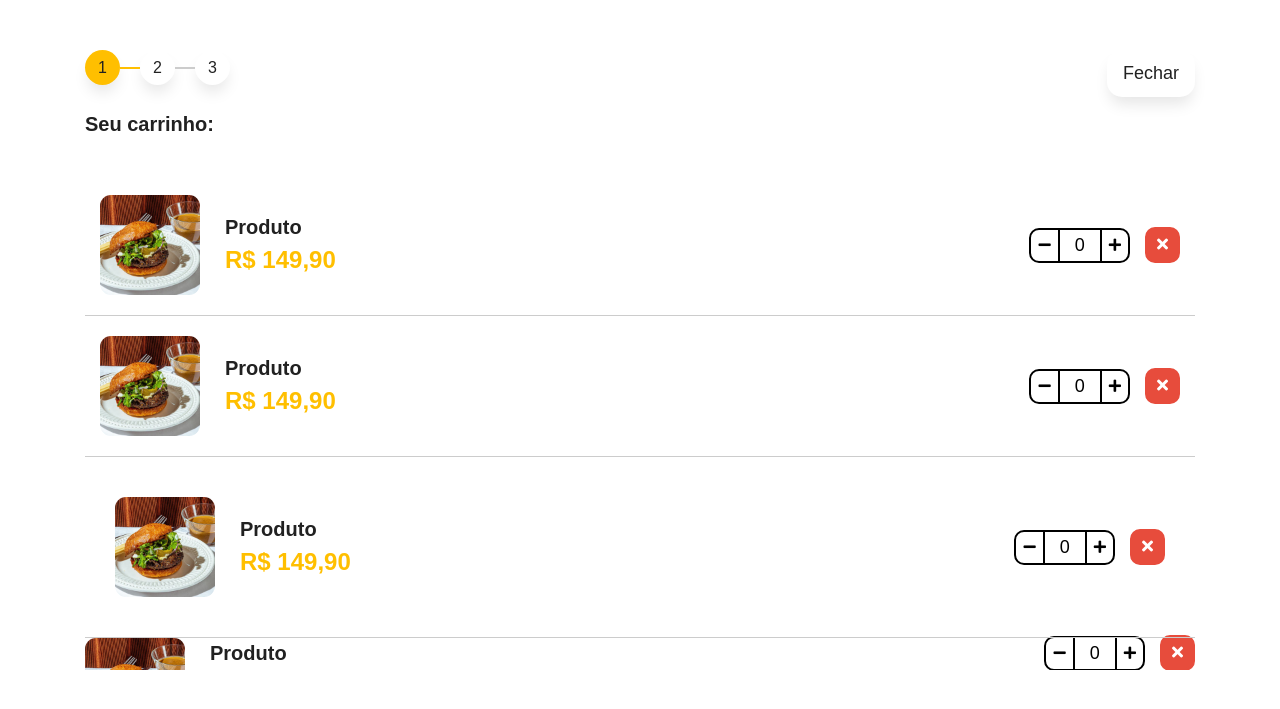
Repository: darkness318/restaraunt
Page: index.html
The author's editor kept a copy of each file at every save. The page is drawn from the files as they stood at one save, then again after the next save.
The browser window is 1280 px wide. The pictures show the window.
A layer covers the whole window, so only the first screen is drawn. An inner scrolling area shows only its first screen.

Above is the page before, as saved 2024-10-01 10:36:24.

### index.html
<!DOCTYPE html>
<html lang="pt-br">
  <head>
    <meta charset="UTF-8" />
    <meta name="viewport" content="width=device-width, initial-scale=1.0" />
    <title>Restaurente - Seja bem vindo!</title>
    <link rel="stylesheet" href="./css/bootstrap.min.css" />
    <link rel="stylesheet" href="./css/fontawesome.css" />
    <link rel="stylesheet" href="./css/main.css" />
  </head>

  <body>
    <section class="header">
      <div class="container">
        <nav class="navbar navbar-expand-lg pl-0 pr-0">
          <a class="navbar-brand" href="#">
            <img src="./img/logo.png" width="160" class="img-logo" />
          </a>
          <button
            class="navbar-toggler"
            type="button"
            data-toggle="collapse"
            data-target="#navbarNavDropdown"
          >
            <span class="navbar-toggler-icon">
              <i class="fas fa-bars"></i>
            </span>
          </button>
          <div class="collapse navbar-collapse" id="navbarNavDropdown">
            <ul class="navbar-nav ml-auto mr-auto">
              <li class="nav-item">
                <a href="#reservas" class="nav-link"><b>Reservas</b></a>
              </li>
              <li class="nav-item">
                <a href="#servicos" class="nav-link"><b>Serviços</b></a>
              </li>
              <li class="nav-item">
                <a href="#cardapio" class="nav-link"><b>Cardápio</b></a>
              </li>
              <li class="nav-item">
                <a href="#depoimentos" class="nav-link"><b>Depoimentos</b></a>
              </li>
            </ul>
            <a class="btn btn-white btn-icon">
              Meu carrinho
              <span class="icon">
                <i class="fa fa-shopping-bag"></i>
              </span>
            </a>
          </div>
        </nav>
      </div>
    </section>

    <section class="banner">
      <div class="container">
        <div class="row">
          <div class="col-6">
            <div class="d-flex text-banner">
              <h1>
                <b>Escolha sua comida <b class="color-primary">favorita.</b></b>
              </h1>
              <p>
                Aproveite nosso cardápio! Escolha o que desejar e receba em sua
                casa de forma rápida e segura.
              </p>
              <div>
                <a class="btn btn-yellow mt-4 mr-3"> Ver Cardápio </a>
                <a href="#" class="btn btn-white btn-icon-left mt-4">
                  <span class="icon-left">
                    <i class="fa fa-phone"></i>
                  </span>
                  (66) 9 9999-8888
                </a>
              </div>
            </div>
            <a class="btn btn-sm btn-white btn-social mt-4 mr-3">
              <i class="fab fa-instagram"></i>
            </a>
            <a class="btn btn-sm btn-white btn-social mt-4 mr-3">
              <i class="fab fa-facebook-f"></i>
            </a>
            <a class="btn btn-sm btn-white btn-social mt-4">
              <i class="fab fa-whatsapp"></i>
            </a>
          </div>
          <div class="col-6">
            <div class="card-banner"></div>
            <div class="d-flex img-banner">
              <img src="./img/burguer.png" />
            </div>
            <div class="card card-case">
              "Entrega rápida e funcionários simpáticos.
              <br />A comida chegou quente e <br />
              muito saborosa!"
              <span class="card-case-name">
                <b>Thiago Lopes</b>
              </span>
            </div>
          </div>
        </div>
      </div>
    </section>
    <section class="servicos" id="servicos">
      <div class="background-servicos"></div>

      <div class="container">
        <div class="class row">
          <div class="col-12 text-center mb-5">
            <span class="hint-title"><b>Serviços</b></span>
            <h1 class="title">
              <b>Como são nossos serviços?</b>
            </h1>
          </div>

          <div class="col-4 mb-5">
            <div class="card-icon text-center">
              <img src="./img/icone-pedido.svg" width="150 " />
            </div>

            <div class="card-text text-center mt-3">
              <p><b>Fácil de pedir</b></p>
              <span>
                Você só precisa de alguns passos para pedir sua comida.
              </span>
            </div>
          </div>

          <div class="col-4 mb-5">
            <div class="card-icon text-center">
              <img src="./img/icone-delivery.svg" width="250 " />
            </div>

            <div class="card-text text-center mt-3">
              <p><b>Entrega Rápida</b></p>
              <span> Nossa entrega é sempre pontual, rápida e segura. </span>
            </div>
          </div>

          <div class="col-4 mb-5">
            <div class="card-icon text-center">
              <img src="./img/icone-qualidade.svg" width="250 " />
            </div>

            <div class="card-text text-center mt-3">
              <p><b>Melhor qualidade</b></p>
              <span>
                Não só a rapidez na entrega, a qualidade também é o nosso forte.
              </span>
            </div>
          </div>
        </div>
      </div>
    </section>
    <section class="cardapio" id="cardapio">
      <div class="background-cardapio"></div>

      <div class="container">
        <div class="row">
          <div class="col-12 text-center mb-5">
            <span class="hint-title"><b>Cardápio</b></span>
            <h1 class="title">
              <b>Conheça o nosso Cardápio</b>
            </h1>
          </div>

          <div class="col-12 container-menu">
            <a class="btn btn-white btn-sm mr-3">
              <i class="fas fa-hamburger"></i>&nbsp;Burgers
            </a>
            <a class="btn btn-white btn-sm mr-3">
              <i class="fas fa-pizza-slice"></i>&nbsp;Pizzas
            </a>
            <a class="btn btn-white btn-sm mr-3">
              <i class="fas fa-drumstick-bite"></i>&nbsp;Churrasco
            </a>
            <a class="btn btn-white btn-sm mr-3">
              <i class="fas fa-bacon"></i>&nbsp;Steaks
            </a>
            <a class="btn btn-white btn-sm mr-3">
              <i class="fas fa-cocktail"></i>&nbsp;Bebidas
            </a>
            <a class="btn btn-white btn-sm mr-3">
              <i class="fas fa-ice-cream"></i>&nbsp;Sobremesas
            </a>
          </div>

          <div class="col-12">
            <div class="row" id="itensCardapio">
              <div class="col-3 mb-5">
                <div class="card card-item">
                  <div class="img-produto">
                    <img
                      src="./img/cardapio/burguers/burger-au-poivre-kit-4-pack.3ca0e39b02db753304cd185638dad518.jpg"
                    />
                  </div>
                  <p class="title-produto text-center mt-4">
                    <b>Nome do produto muito grande</b>
                  </p>
                  <p class="price-produto text-center">
                    <b>R$ 154,90</b>
                  </p>

                  <div class="add-carrinho">
                    <span class="btn-menos"><i class="fas fa-minus"></i></span>
                    <span class="btn-numero-itens">0</span>
                    <span class="btn-mais"><i class="fas fa-plus"></i></span>
                    <span class="btn btn-add"
                      ><i class="fa fa-shopping-bag"></i
                    ></span>
                  </div>
                </div>
              </div>

              <div class="col-3 mb-5">
                <div class="card card-item">
                  <div class="img-produto">
                    <img
                      src="./img/cardapio/burguers/burger-au-poivre-kit-4-pack.3ca0e39b02db753304cd185638dad518.jpg"
                    />
                  </div>
                  <p class="title-produto text-center mt-4">
                    <b>Nome do produto muito grande</b>
                  </p>
                  <p class="price-produto text-center">
                    <b>R$ 154,90</b>
                  </p>

                  <div class="add-carrinho">
                    <span class="btn-menos"><i class="fas fa-minus"></i></span>
                    <span class="btn-numero-itens">0</span>
                    <span class="btn-mais"><i class="fas fa-plus"></i></span>
                    <span class="btn btn-add"
                      ><i class="fa fa-shopping-bag"></i
                    ></span>
                  </div>
                </div>
              </div>

              <div class="col-3 mb-5">
                <div class="card card-item">
                  <div class="img-produto">
                    <img
                      src="./img/cardapio/burguers/burger-au-poivre-kit-4-pack.3ca0e39b02db753304cd185638dad518.jpg"
                    />
                  </div>
                  <p class="title-produto text-center mt-4">
                    <b>Nome do produto muito grande</b>
                  </p>
                  <p class="price-produto text-center">
                    <b>R$ 154,90</b>
                  </p>

                  <div class="add-carrinho">
                    <span class="btn-menos"><i class="fas fa-minus"></i></span>
                    <span class="btn-numero-itens">0</span>
                    <span class="btn-mais"><i class="fas fa-plus"></i></span>
                    <span class="btn btn-add"
                      ><i class="fa fa-shopping-bag"></i
                    ></span>
                  </div>
                </div>
              </div>

              <div class="col-3 mb-5">
                <div class="card card-item">
                  <div class="img-produto">
                    <img
                      src="./img/cardapio/burguers/burger-au-poivre-kit-4-pack.3ca0e39b02db753304cd185638dad518.jpg"
                    />
                  </div>
                  <p class="title-produto text-center mt-4">
                    <b>Nome do produto muito grande</b>
                  </p>
                  <p class="price-produto text-center">
                    <b>R$ 154,90</b>
                  </p>

                  <div class="add-carrinho">
                    <span class="btn-menos"><i class="fas fa-minus"></i></span>
                    <span class="btn-numero-itens">0</span>
                    <span class="btn-mais"><i class="fas fa-plus"></i></span>
                    <span class="btn btn-add"
                      ><i class="fa fa-shopping-bag"></i
                    ></span>
                  </div>
                </div>
              </div>
            </div>
          </div>
          <div class="col-12 text-center">
            <a class="btn btn-white btn-sm">Ver mais</a>
          </div>
        </div>
      </div>
    </section>
    <section class="depoimentos" id="depoimentos">
      <div class="background-depoimentos"></div>
      <div class="container">
        <div class="row">
          <div class="col-5 text-center">
            <div class="card-depoimentos"></div>
            <div class="d-flex img-banner">
              <img src="./img/pizzas.png" />
            </div>
          </div>

          <div class="col-7">
            <span class="hint-title"><b>Depoimentos</b></span>
            <h1 class="title">
              <b>O que dizem sobre nós</b>
            </h1>
            <div class="mb-5">
              <div class="depoimento" id="depoimento-1">
                <div class="container-dados-depoimento">
                  <div class="imagem-depoimento"></div>
                  <div>
                    <p class="nome-depoimento"><b>Diego Pereira</b></p>
                    <p class="nota-depoimento">
                      <i class="fas fa-star"></i>
                      <i class="fas fa-star"></i>
                      <i class="fas fa-star"></i>
                      <i class="fas fa-star"></i>
                      <i class="fas fa-star-half-alt"></i>&nbsp;
                      <span>4.5</span>
                    </p>
                  </div>
                </div>
                <p class="texto-depoimento">
                  <i class="fas fa-quote-left"></i>
                  <span>
                    Muito bom, recomendo demais! Comida muito bem feita pelo
                    chefe, atendimento dentro dos parâmetros e boa comunicação
                    com o cliente.
                  </span>
                  <i class="fas fa-quote-right"></i>
                </p>
              </div>

              <div class="depoimento hidden" id="depoimento-2">
                <div class="container-dados-depoimento">
                  <div class="imagem-depoimento"></div>
                  <div>
                    <p class="nome-depoimento"><b>Ana Beatriz</b></p>
                    <p class="nota-depoimento">
                      <i class="fas fa-star"></i>
                      <i class="fas fa-star"></i>
                      <i class="fas fa-star"></i>
                      <i class="fas fa-star"></i>
                      <i class="fas fa-star"></i>&nbsp; <span>5.0</span>
                    </p>
                  </div>
                </div>
                <p class="texto-depoimento">
                  <i class="fas fa-quote-left"></i>
                  <span>
                    Um jantar perfeito do começo ao fim. Comida, experiência,
                    serviço... foi tão maravilhoso que fomos dois dias seguidos
                    - fato inédito para mim em uma viagem.
                  </span>
                  <i class="fas fa-quote-right"></i>
                </p>
              </div>

              <div class="depoimento hidden" id="depoimento-3">
                <div class="container-dados-depoimento">
                  <div class="imagem-depoimento"></div>
                  <div>
                    <p class="nome-depoimento"><b>João Guilherme</b></p>
                    <p class="nota-depoimento">
                      <i class="fas fa-star"></i>
                      <i class="fas fa-star"></i>
                      <i class="fas fa-star"></i>
                      <i class="fas fa-star"></i>
                      <i class="far fa-star"></i>&nbsp; <span>4.0</span>
                    </p>
                  </div>
                </div>
                <p class="texto-depoimento">
                  <i class="fas fa-quote-left"></i>
                  <span>
                    A comida estava excelente e o serviço gentil nos
                    surpreendeu! Dica: reserve umas 3 horas para ter uma
                    experiência incrível.
                  </span>
                  <i class="fas fa-quote-right"></i>
                </p>
              </div>
            </div>

            <a class="btn btn-sm btn-white btn-social mr-3 active">1</a>
            <a class="btn btn-sm btn-white btn-social mr-3">2</a>
            <a class="btn btn-sm btn-white btn-social">3</a>
          </div>
        </div>
      </div>
    </section>
    <section class="reserva" id="reserva">
      <div class="container">
        <div class="row">
          <div class="col-12">
            <div class="card-secondary">
              <div class="row">
                <div class="col-7">
                  <span class="hint-title"><b>Reserva</b></span>
                  <h1 class="title">
                    <b>Quer reservar um horário?</b>
                  </h1>
                  <p class="pr-5">
                    Mande uma mensagem clicando no botão abaixo
                    <br />
                    Reserve sua data e horário de forma simples e rápida.
                  </p>
                  <a class="btn btn-yellow mt-4"> Fazer reserva </a>
                </div>

                <div class="col-5">
                  <div class="card-reserva"></div>
                  <div class="d-flex img-banner">
                    <img src="./img/icone-reserva.svg" />
                  </div>
                </div>
              </div>
            </div>
          </div>
        </div>
      </div>
    </section>

    <section class="footer">
      <div class="container">
        <div class="row">
          <div class="col-3 container-logo-footer">
            <img class="logo-footer" src="./img/logo.png" />
          </div>

          <div class="col-6 container-texto-footer">
            <p class="mb-0">
              <b>Menu On-line</b> &copy; Todos os direitos reservados
            </p>
          </div>

          <div class="col-3 container-redes-footer">
            <a class="btn btn-sm btn-white btn-social mr-3">
              <i class="fab fa-instagram"></i>
            </a>
            <a class="btn btn-sm btn-white btn-social mr-3">
              <i class="fab fa-facebook-f"></i>
            </a>
            <a class="btn btn-sm btn-white btn-social">
              <i class="fab fa-whatsapp"></i>
            </a>
          </div>
        </div>
      </div>
    </section>

    <div class="modal-full" id="modalCarrinho">
      <div class="m-header">
        <div class="container">
          <a class="btn btn-white btn-sm float-right"> Fechar </a>

          <div class="etapas">
            <div class="etapa etapa1 active">1</div>
            <div class="etapa etapa2">2</div>
            <div class="etapa etapa3">3</div>
          </div>
          <p class="title-carrinho mt-4">
            <b id="lblTituloEtapa">Seu carrinho:</b>
          </p>
        </div>
      </div>

      <div class="m-body">
        <div class="container">
          <div id="itensCarrinho" class="row mr-0 ml-0">
            <div class="col-12 item-carrinho">
              <div class="img-produto">
                <img
                  src="./img/cardapio/burguers/burger-au-poivre-kit-4-pack.3ca0e39b02db753304cd185638dad518.jpg"
                />
              </div>
              <div class="dados-produto">
                <p class="title-produto"><b>Produto</b></p>
                <p class="price-produto"><b>R$ 149,90</b></p>
              </div>
              <div class="add-carrinho">
                <span class="btn-menos"><i class="fas fa-minus"></i></span>
                <span class="btn-numero-itens">0</span>
                <span class="btn-mais"><i class="fas fa-plus"></i></span>
                <span class="btn btn-remove"><i class="fa fa-times"></i></span>
              </div>
            </div>
            <!-- segundo item do carrinho   -->
            <div class="col-12 item-carrinho">
              <div class="img-produto">
                <img
                  src="./img/cardapio/burguers/burger-au-poivre-kit-4-pack.3ca0e39b02db753304cd185638dad518.jpg"
                />
              </div>
              <div class="dados-produto">
                <p class="title-produto"><b>Produto</b></p>
                <p class="price-produto"><b>R$ 149,90</b></p>
              </div>
              <div class="add-carrinho">
                <span class="btn-menos"><i class="fas fa-minus"></i></span>
                <span class="btn-numero-itens">0</span>
                <span class="btn-mais"><i class="fas fa-plus"></i></span>
                <span class="btn btn-remove"><i class="fa fa-times"></i></span>
              </div>
            </div>

            <div class="col-12 item-carrinho">
              <div class="col-12 item-carrinho">
              <div class="img-produto">
                <img
                  src="./img/cardapio/burguers/burger-au-poivre-kit-4-pack.3ca0e39b02db753304cd185638dad518.jpg"
                />
              </div>
              <div class="dados-produto">
                <p class="title-produto"><b>Produto</b></p>
                <p class="price-produto"><b>R$ 149,90</b></p>
              </div>
              <div class="add-carrinho">
                <span class="btn-menos"><i class="fas fa-minus"></i></span>
                <span class="btn-numero-itens">0</span>
                <span class="btn-mais"><i class="fas fa-plus"></i></span>
                <span class="btn btn-remove"><i class="fa fa-times"></i></span>
              </div>
            </div>
            </div>
              <div class="img-produto">
                <img
                  src="./img/cardapio/burguers/burger-au-poivre-kit-4-pack.3ca0e39b02db753304cd185638dad518.jpg"
                />
              </div>
              <div class="dados-produto">
                <p class="title-produto"><b>Produto</b></p>
                <p class="price-produto"><b>R$ 149,90</b></p>
              </div>
              <div class="add-carrinho">
                <span class="btn-menos"><i class="fas fa-minus"></i></span>
                <span class="btn-numero-itens">0</span>
                <span class="btn-mais"><i class="fas fa-plus"></i></span>
                <span class="btn btn-remove"><i class="fa fa-times"></i></span>
              </div>
            </div>
          </div>

          <div id="localEntrega" class="row mr-0 ml-0 hidden"></div>

          <div id="resumoCarrinho" class="row mr-0 ml-0 hidden"></div>
        </div>
      </div>

      <div class="m-footer">
        <div class="container">
          <div class="container-total text-right mb-4 ">
            <p class="mb-0">
              <span>Subtotal</span>
              <span id="lblSubtotal">R$ 103,00</span>
            </p>
            <p class="mb-0 texto-entrega">
              <span><i class="fas fa-motorcycle"></i>Entrega:</span>
              <span id="lblValorEntrega">R$ 5,00</span>
            </p>
            <p class="mb-0 texto-total"></p>
              <span><b>Total:</b></span>
              <span class="valor-total" id="lblValorTotal"><b>R$ 108,00</b></span>
            </p>
          </div>
          <a class="btn btn-yellow float-right" id="btnEtapaPedido">Continuar</a>
          <a class="btn btn-yellow float-right hidden" id="btnEtapaEndereco">Revisar Pediro</a>
          <a class="btn btn-yellow float-right hidden" id="btnEtapaResumo">EnviarPedido</a>
          <a class="btn btn-white float-right mr-3" id="btnEtapaResumo">Voltar</a>
        </div>
      </div>
    </div>

    <script type="text/javascript" src="./js/jquery-1.12.4.min.js"></script>
    <script type="text/javascript" src="./js/modernizr-3.5.0.min.js"></script>
    <script type="text/javascript" src="./js/bootstrap.min.js"></script>
    <script type="text/javascript" src="./js/popper.min.js"></script>
  </body>
</html>

Loaded but not shown: css/bootstrap.min.css (library); css/fontawesome.css (library); js/jquery-1.12.4.min.js (library); js/modernizr-3.5.0.min.js (library); js/bootstrap.min.js (library); js/popper.min.js (library); css/main.css (621 lines, source omitted)

After the next save:
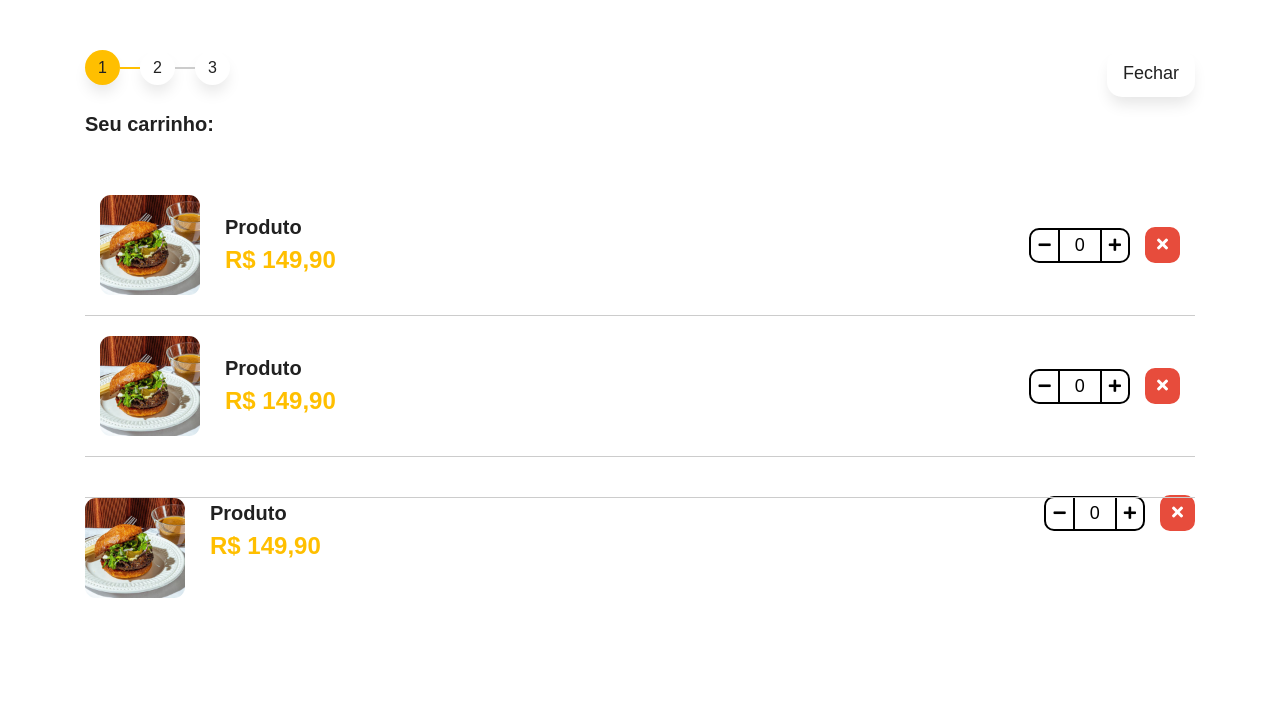
Saved 2 s later.
--- a/index.html
+++ b/index.html
@@ -511,23 +511,7 @@
             </div>
 
             <div class="col-12 item-carrinho">
-              <div class="col-12 item-carrinho">
-              <div class="img-produto">
-                <img
-                  src="./img/cardapio/burguers/burger-au-poivre-kit-4-pack.3ca0e39b02db753304cd185638dad518.jpg"
-                />
-              </div>
-              <div class="dados-produto">
-                <p class="title-produto"><b>Produto</b></p>
-                <p class="price-produto"><b>R$ 149,90</b></p>
-              </div>
-              <div class="add-carrinho">
-                <span class="btn-menos"><i class="fas fa-minus"></i></span>
-                <span class="btn-numero-itens">0</span>
-                <span class="btn-mais"><i class="fas fa-plus"></i></span>
-                <span class="btn btn-remove"><i class="fa fa-times"></i></span>
-              </div>
-            </div>
+
             </div>
               <div class="img-produto">
                 <img
